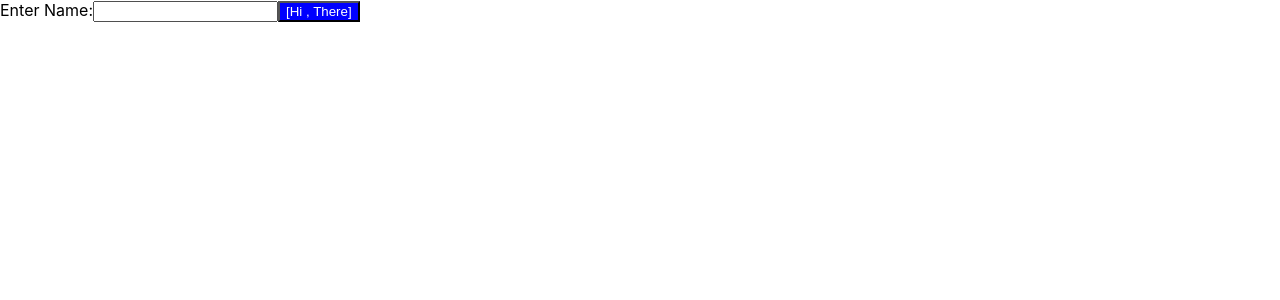
Repository: geedtd/udemyreact
Page: /
These files come from the project's save history. The page is drawn as it stood at one moment and after the next save; the edit follows.
The browser window is 1280 px wide. The pictures show the whole page.
The project was rebuilt for these pictures with package versions that can differ from the ones it lists, and the page was loaded fresh each time. Also part of the build but not shown: src/App.css.

Above is the page before, as saved 2020-03-12 16:41:11.

### src/index.js
import React from 'react';
import ReactDOM from 'react-dom';
import './index.css';
import App from './App';
import * as serviceWorker from './serviceWorker';




ReactDOM.render(<App />, document.getElementById('root'));

// If you want your app to work offline and load faster, you can change
// unregister() to register() below. Note this comes with some pitfalls.
// Learn more about service workers: https://bit.ly/CRA-PWA
serviceWorker.unregister();

### src/App.js
import React from 'react';

import './App.css';



const App = () => {
const buttonText="[Hi , There]";

  return (
  <div>
    <label className="label" for="name">
      Enter Name:
    </label>
    <input id="name" type="text" />
    <button style={{backgroundColor: 'blue', color: 'white'}}>{buttonText}</button>
  </div>
  )
}

export default App;

Loaded but not shown: public/index.html (common file); src/index.css (common file); src/serviceWorker.js (common file)

After the next save:
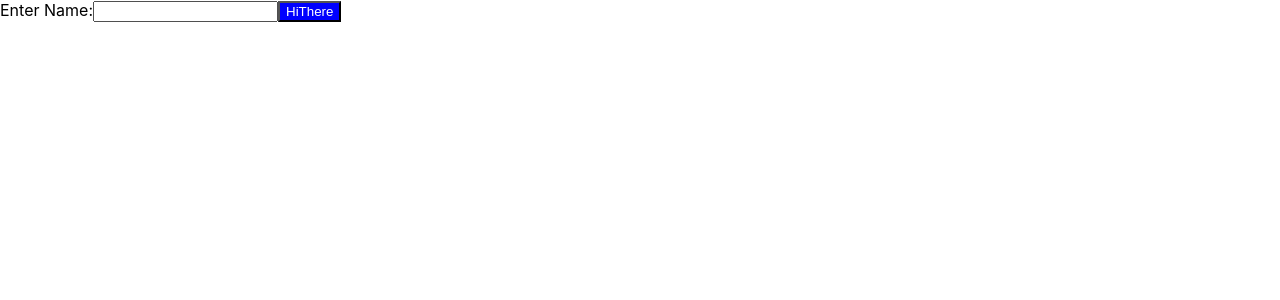
Saved 39 s later.
--- a/src/App.js
+++ b/src/App.js
@@ -5,7 +5,7 @@ import './App.css';
 
 
 const App = () => {
-const buttonText="[Hi , There]";
+const buttonText= ['Hi' , 'There'];
 
   return (
   <div>
